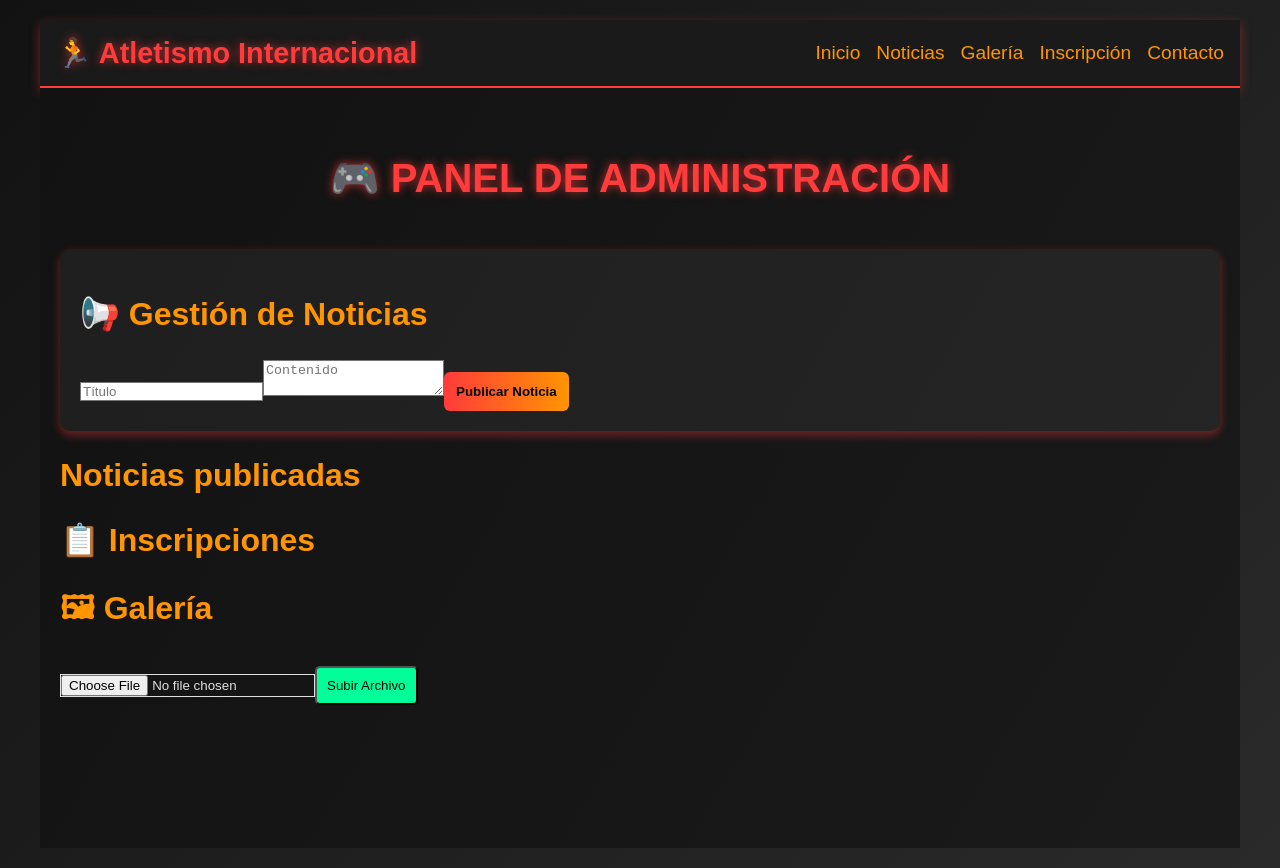
Repository: demoniers/web-meeting
Page: /panel
The author's editor kept a copy of each file at every save. The page is drawn from the files as they stood at one save, then again after the next save.
The browser window is 1280 px wide. The pictures show the whole page.
The page's requests for data from a server got no answer. The project was rebuilt for these pictures with package versions that can differ from the ones it lists, and the page was loaded fresh each time. No one was signed in, and anything a server would have sent is missing. Also part of the build but not shown: vite.config.js, src/pages/Home.jsx, src/pages/Noticias.jsx, src/pages/Galeria.jsx, src/pages/Inscripcion.jsx, src/pages/Login.jsx, src/pages/Register.jsx.

Above is the page before, as saved 2025-05-08 12:53:37.

After the next save:
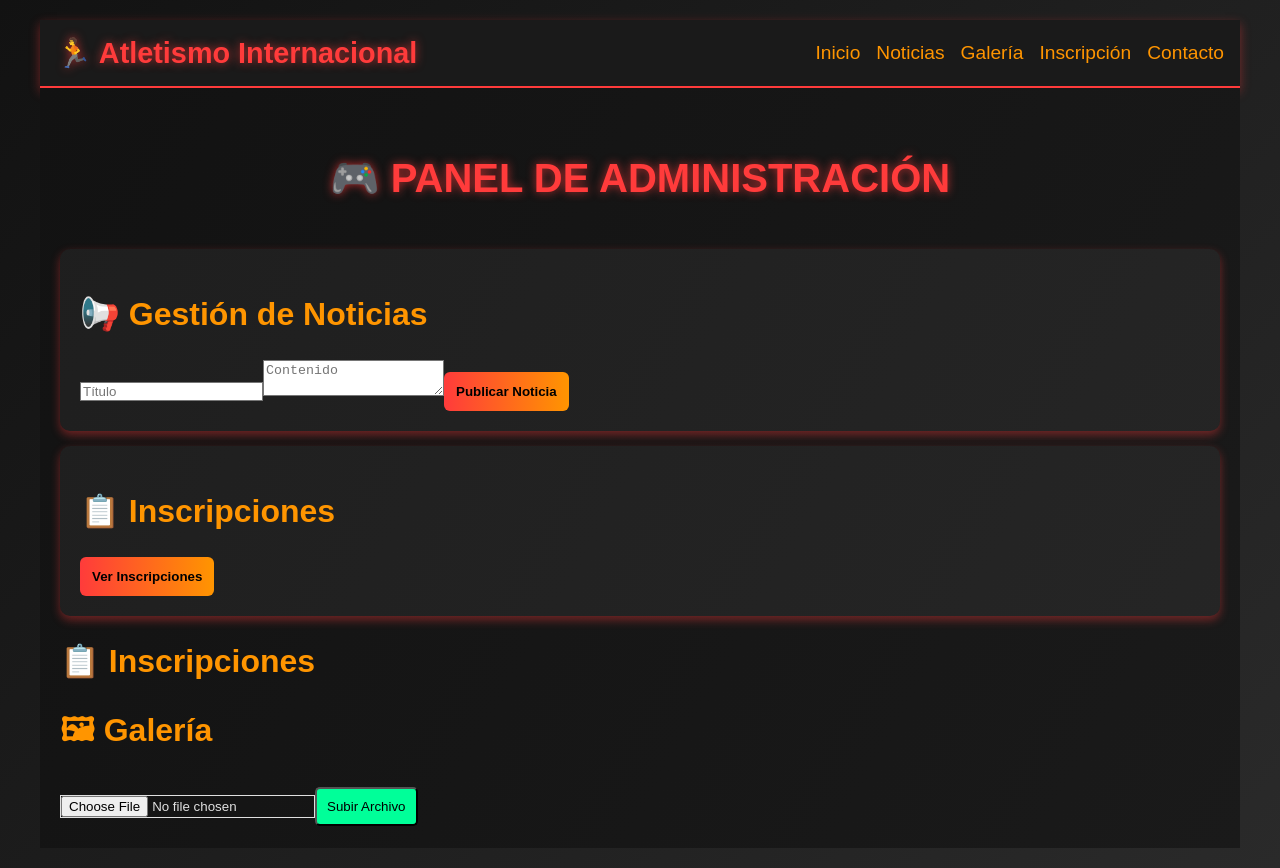
Saved 97 s later.
--- a/src/pages/Panel.jsx
+++ b/src/pages/Panel.jsx
@@ -79,10 +79,7 @@ export default function Panel() {
   };
 /*
 
-      <div className={styles["panel-card"]}>
-        <h2>📋 Inscripciones</h2>
-        <button className={styles["panel-button"]}>Ver Inscripciones</button>
-      </div>
+
 
       <div className={styles["panel-card"]}>
         <h2>🖼 Galería Multimedia</h2>
@@ -97,19 +94,22 @@ export default function Panel() {
       {/* 📢 Gestión de Noticias */}
       <div className={styles["panel-card"]}>
         <h2>📢 Gestión de Noticias</h2>
-      <input name="title" placeholder="Título" onChange={(e) => setNewArticle({ ...newArticle, title: e.target.value })} className="border p-2" />
-      <textarea name="content" placeholder="Contenido" onChange={(e) => setNewArticle({ ...newArticle, content: e.target.value })} className="border p-2"></textarea>
+        <input name="title" placeholder="Título" onChange={(e) => setNewArticle({ ...newArticle, title: e.target.value })} className="border p-2" />
+        <textarea name="content" placeholder="Contenido" onChange={(e) => setNewArticle({ ...newArticle, content: e.target.value })} className="border p-2"></textarea>
+        <button className={styles["panel-button"]}>Publicar Noticia</button>
+      </div>
 
-      <button className={styles["panel-button"]}>Publicar Noticia</button>
+      <div className={styles["panel-card"]}>
+        <h2>📋 Inscripciones</h2>
+        {news.map((article) => (
+          <div key={article.id} className="border p-4">
+            <h2>{article.title}</h2>
+            <p>{article.content}</p>
+            <button className="bg-red-600 p-2 mt-2 text-black" onClick={() => handleDeleteNews(article.id)}>Eliminar</button>
+          </div>
+        ))}
+        <button className={styles["panel-button"]}>Ver Inscripciones</button>
       </div>
-      <h2 className="text-red-400 text-xl mt-6">Noticias publicadas</h2>
-      {news.map((article) => (
-        <div key={article.id} className="border p-4">
-          <h2>{article.title}</h2>
-          <p>{article.content}</p>
-          <button className="bg-red-600 p-2 mt-2 text-black" onClick={() => handleDeleteNews(article.id)}>Eliminar</button>
-        </div>
-      ))}
 
       {/* 📋 Gestión de Inscripciones */}
       <h2 className="text-orange-400 text-2xl mt-6">📋 Inscripciones</h2>
